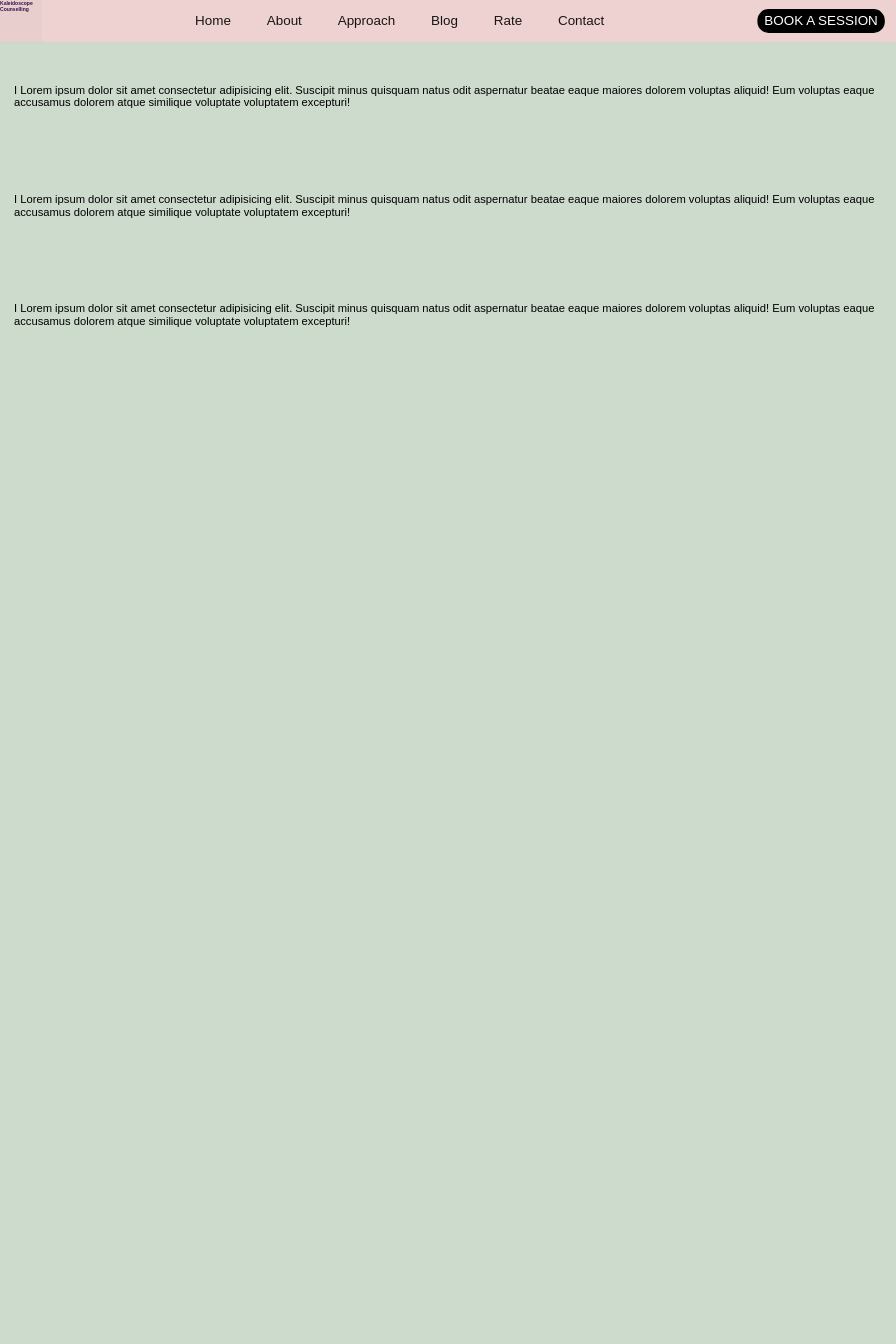
Repository: voutadi/ava-website
Page: index.html
The author's editor kept a copy of each file at every save. The page is drawn from the files as they stood at one save, then again after the next save.
The browser window is 1280 px wide. The pictures show the part of the page from y = 0 to 1920 px (the page is 3120 px tall), at 70% of full size.

Above is the page before, as saved 2024-07-05 22:28:49.

### index.html
<!DOCTYPE html>
<html lang="en">
  <head>
    <meta charset="UTF-8" />
    <meta name="viewport" content="width=device-width, initial-scale=1.0" />
    <link rel="stylesheet" href="styles/style.css" />

    <title>Kaleidoscope Counselling</title>
  </head>
  <body>
    <header>
      <div class="logo-container">
        <div class="logo">
          Kaleidoscope <br />
          Counselling
        </div>
      </div>
      <nav class="navbar">
        <ul>
          <li><a href="#home">Home</a></li>
          <li><a href="#about">About</a></li>
          <li><a href="#approach">Approach</a></li>
          <li><a href="#blog">Blog</a></li>
          <li><a href="#rate">Rate</a></li>
          <li><a href="#contact">Contact</a></li>
        </ul>
      </nav>
      <button>BOOK A SESSION</button>
    </header>



    <p>
      I Lorem ipsum dolor sit amet consectetur adipisicing elit. Suscipit minus
      quisquam natus odit aspernatur beatae eaque maiores dolorem voluptas
      aliquid! Eum voluptas eaque accusamus dolorem atque similique voluptate
      voluptatem excepturi!
    </p>
    <p>
      I Lorem ipsum dolor sit amet consectetur adipisicing elit. Suscipit minus
      quisquam natus odit aspernatur beatae eaque maiores dolorem voluptas
      aliquid! Eum voluptas eaque accusamus dolorem atque similique voluptate
      voluptatem excepturi!
    </p>
    <p>
      I Lorem ipsum dolor sit amet consectetur adipisicing elit. Suscipit minus
      quisquam natus odit aspernatur beatae eaque maiores dolorem voluptas
      aliquid! Eum voluptas eaque accusamus dolorem atque similique voluptate
      voluptatem excepturi!
    </p>
  </body>
</html>

### styles/style.css
* {
  margin: 0;
  padding: 0;
  box-sizing: border-box;
}
body {
   background-color: #ccdbcc;
  height: 3000px;
  font-family: Arial, Helvetica, sans-serif;
  font-size: 1rem;
}
header {
  max-width: 100%; /*Make sure Take all of her parent element(body)on all different devices .*/
  height: 60px;
  position: fixed;
  top: 0;
  left: 0;
  right: 0;
  background-color: #eed2d2;

  display: flex;
  justify-content: space-between;
  align-items: center;

  box-shadow: 0 2px 4px rgba(243, 172, 172, 0.15); /* Adds a subtle shadow for depth, optional */
}
.logo-container {
  width: 60px;/* Put condition for smaller or biger divice*/


  background-color: #e9cece;
  height: 60px;
}
.logo {
  color: rgb(50, 21, 77);
  font-size: 0.45rem;
  font-weight: bold;
}

.navbar ul {
  display: flex;
  flex: 1;
  justify-content: center;
  list-style-type: none;
  flex-wrap: wrap;
}
.navbar li {
  display: flex;
  justify-content: end;
  margin: 1rem;
}
.navbar a {
  font-size: 20px;
  color: rgb(25, 20, 20);
  font-weight: 500;

  text-decoration: none;
}
.navbar a:hover {
  background-color: rgb(192, 175, 175);
  padding: 2px 4px;
  border-radius: 6px;
  transition: 0.15s;
}

.navbar a:active {
  background-color: rgb(176, 163, 163);




}

button {
  background-color: black;
  color: rgb(255, 255, 255);
  font-size: 1rem;
  padding: 8px 12px;
  margin-right: 1rem;
  border-width: 2px;
  border-style: solid;
  border-radius: 20px;
  cursor: pointer;
}
button:hover {
  background-color:white;

  color:black;
  transition: 0.15s;
  padding: 12px 18px;
}
button:active {
  padding: 18px 24px;
}
p {
  margin-top: 120px;
  margin-left: 20px;
}
@media (max-width: 380px) {
  body {
    font-size: 0.35rem;
  }
   /* Smaller font size */

  }


  button {
    font-size: 0.45rem;
    padding: 2px;
    margin-right: 0.3rem;

  }
  button:hover {
    font-size: 0.45rem;
    padding: 2px;


  }
  button:active {
    padding: 3px;
  }
  .navbar li {
    margin: 0.18rem;
  }
  .navbar a {
    font-size: 0.5rem;
  }


@media (min-width: 381px) and (max-width: 600px) {
  body {
    font-size: 0.5rem;
  } /* Smaller font size */
  button {
    font-size: 0.5rem;
    padding: 2px 4px;
    margin-right: 0.5rem;
    border-radius: 10px;
  }
  button:hover {
    font-size: 0.5rem;
    padding: 2px;
  }
  button:active {
    padding: 3px;
  }
  .navbar li {
    margin: 0.3rem;
  }
  .navbar a {
    font-size: 0.6rem;
  }
}
@media (min-width: 601px) and (max-width: 900px) {
  body {
    font-size: 0.75rem;
  } /* Smaller font size */
  button {
    font-size: 0.75rem;
    padding: 2px 4px;
    margin-right: 0.75rem;
    border-radius: 10px;
  }
  button:hover {
    font-size: 0.75rem;
    padding: 2px;
  }
  button:active {
    padding: 3px;
  }
  .navbar li {
    margin: 0.5rem;
  }
  .navbar a {
    font-size: 0.8rem;
  }
}
@media (min-width:901px){
  .navbar a {
    font-size: 1.2rem;


  }
  .navbar li {
    margin: 1.6rem;
  }
  button {
    font-size: 1.2rem;
    font-weight: 600px;

    padding: 4px 8px;
    margin-right: 1rem;
    border-radius: 16px;

  }
  button:hover {
    font-size: 1.4rem;
    padding: 6px 10px;
  }
  button:active {
    padding: 3px;
  }


}

After the next save:
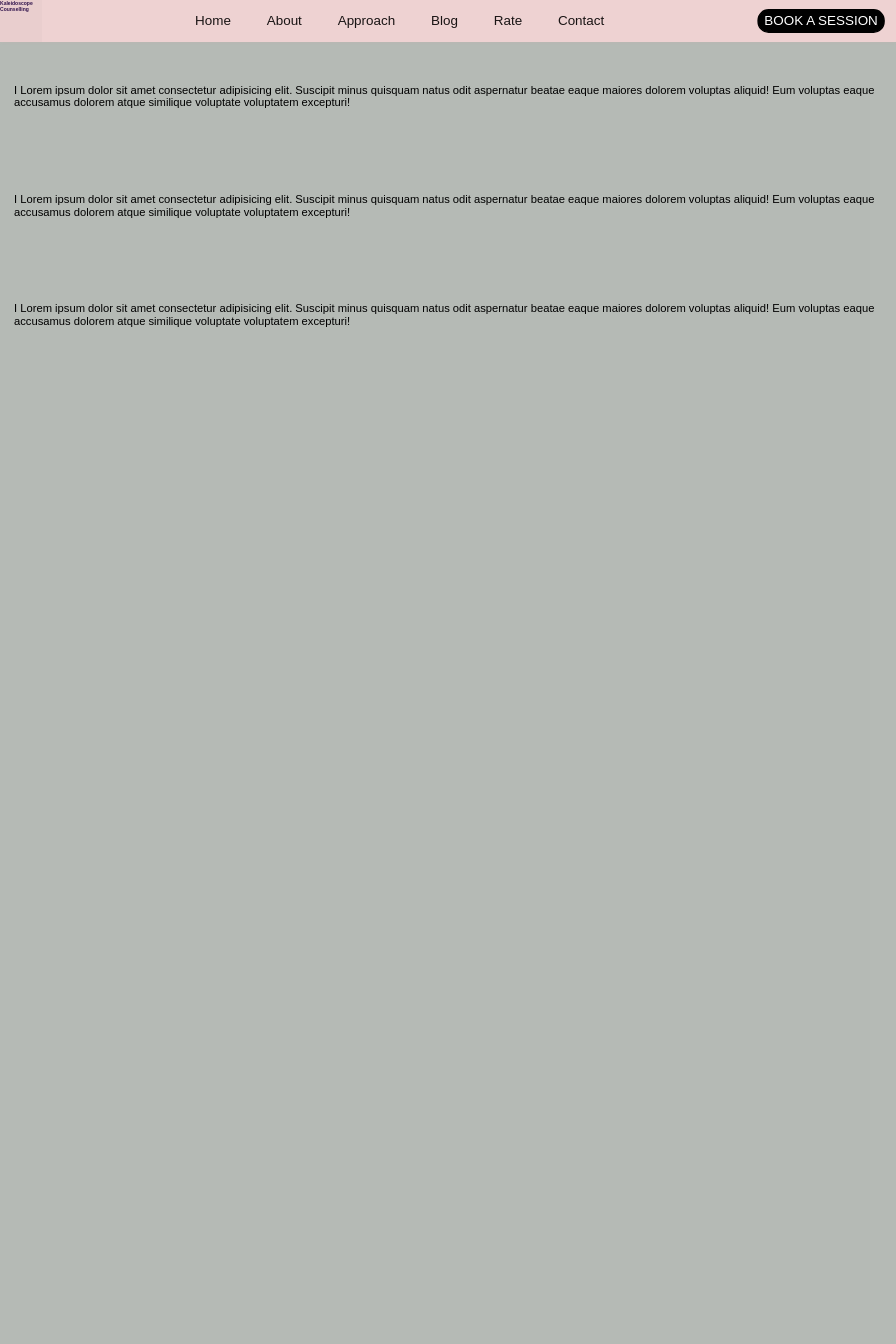
Saved 30 min 37 s later.
--- a/styles/style.css
+++ b/styles/style.css
@@ -4,7 +4,7 @@
   box-sizing: border-box;
 }
 body {
-   background-color: #ccdbcc;
+   background-color: #b5bab5;
   height: 3000px;
   font-family: Arial, Helvetica, sans-serif;
   font-size: 1rem;
